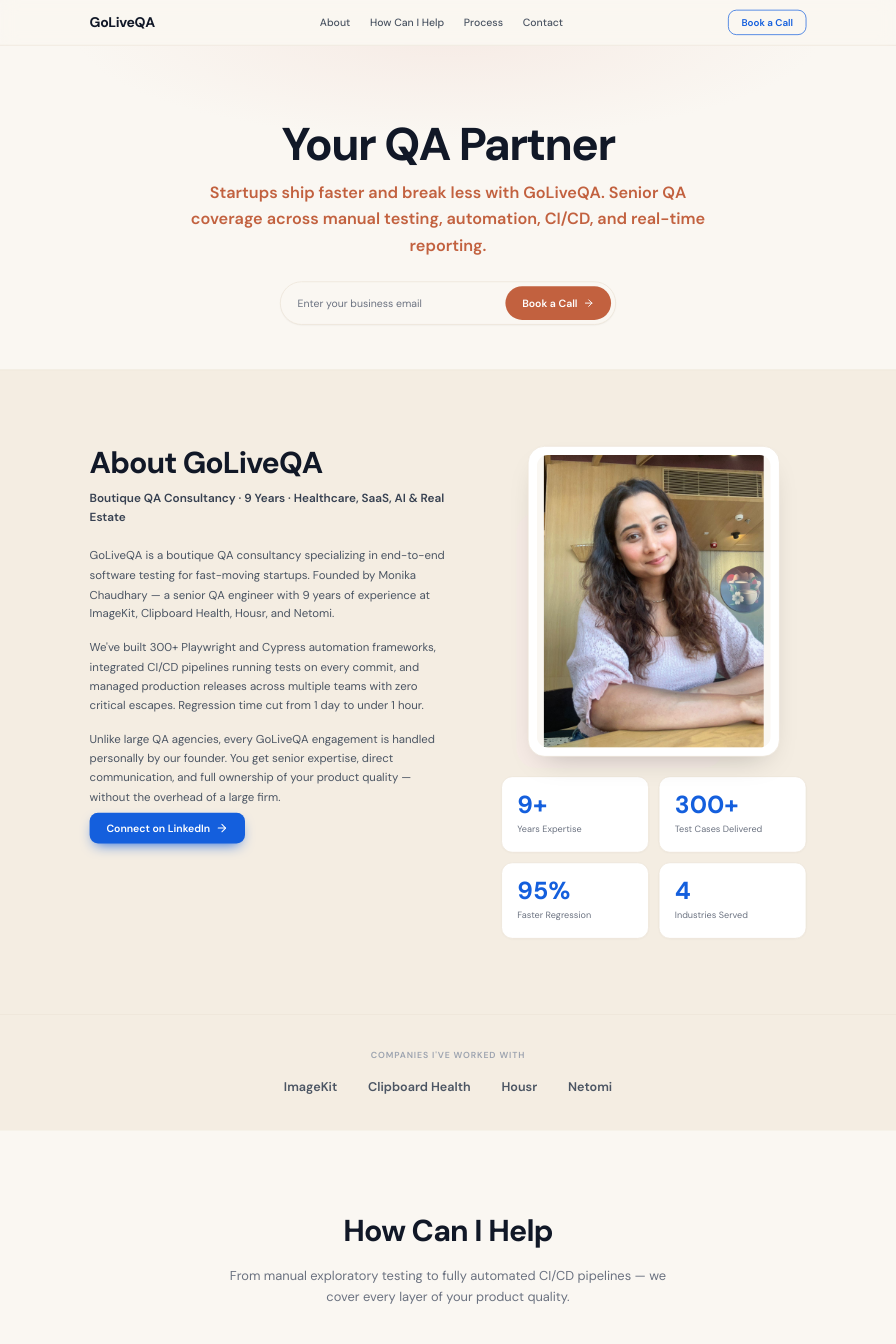
Repository: Monika281992/GoLiveQA
Page: /
The author's editor kept a copy of each file at every save. The page is drawn from the files as they stood at one save, then again after the next save.
The browser window is 1280 px wide. The pictures show the part of the page from y = 0 to 1920 px (the page is 5035 px tall), at 70% of full size.
The project was rebuilt for these pictures with package versions that can differ from the ones it lists, and the page was loaded fresh each time. The framework's server and built-in components were replaced by stand-ins that run in the browser. Also part of the build but not shown: next.config.mjs.

Above is the page before, as saved 2026-06-27 11:43:25.

### app/layout.tsx
import type { Metadata } from "next";
import { DM_Sans, Kaushan_Script } from "next/font/google";
import "./globals.css";

const dmSans = DM_Sans({
  subsets: ["latin"],
  weight: ["300", "400", "500", "600", "700"],
  variable: "--font-sans",
  display: "swap",
});

const kaushan = Kaushan_Script({
  subsets: ["latin"],
  weight: "400",
  variable: "--font-script",
  display: "swap",
});

export const metadata: Metadata = {
  title: "GoLiveQA",
  description:
    "Senior QA engineer with 9 years of hands-on experience testing Healthcare, SaaS, AI & Real Estate products at startups across India and US. Playwright, Cypress, Postman. Available remotely.",
};

export default function RootLayout({
  children,
}: {
  children: React.ReactNode;
}) {
  return (
    <html lang="en" className={`${dmSans.variable} ${kaushan.variable}`}>
      <body className="font-sans leading-relaxed">{children}</body>
    </html>
  );
}

### app/page.tsx
import { Navbar } from "@/components/navbar";
import { Hero } from "@/components/hero";
import { About } from "@/components/about";
import { Companies } from "@/components/companies";
import { Services } from "@/components/services";
import { Process } from "@/components/process";
import { Pricing } from "@/components/pricing";
import { Contact } from "@/components/contact";
import { Footer } from "@/components/footer";

export default function Home() {
  return (
    <div className="min-h-screen bg-surface">
      <Navbar />
      <main>
        <Hero />
        <About />
        <Companies />
        <Services />
        <Process />
        <Pricing />
        <Contact />
      </main>
      <Footer />
    </div>
  );
}

### app/globals.css
@tailwind base;
@tailwind components;
@tailwind utilities;

html {
  scroll-behavior: smooth;
}

body {
  background-color: #faf7f2;
  color: #4b5563;
  -webkit-font-smoothing: antialiased;
}

### components/navbar.tsx
import { Button } from "@/components/ui/button";

const links = [
  { label: "About", href: "#about" },
  { label: "How Can I Help", href: "#services" },
  { label: "Process", href: "#process" },
  { label: "Contact", href: "#contact" },
];

export function Navbar() {
  return (
    <header className="sticky top-0 z-50 border-b border-hairline bg-surface/80 backdrop-blur-md backdrop-saturate-150">
      <nav className="mx-auto flex max-w-container flex-wrap items-center justify-between gap-4 px-5 py-3.5 sm:px-8 lg:px-12">
        <a
          href="#top"
          className="text-xl font-bold tracking-tight text-ink"
        >
          GoLiveQA
        </a>
        <div className="flex flex-wrap items-center gap-7">
          {links.map((l) => (
            <a
              key={l.href}
              href={l.href}
              className="text-[15px] font-medium text-body transition-colors hover:text-ink"
            >
              {l.label}
            </a>
          ))}
        </div>
        <Button asChild variant="outline" size="sm">
          <a href="/book-a-call">Book a Call</a>
        </Button>
      </nav>
    </header>
  );
}

### components/hero.tsx
"use client";

import { useState } from "react";
import { useRouter } from "next/navigation";
import { ArrowRight } from "lucide-react";

export function Hero() {
  const router = useRouter();
  const [email, setEmail] = useState("");
  const [error, setError] = useState("");
  const [status, setStatus] = useState("idle");

  async function handleBook() {
    const trimmed = email.trim();
    if (!trimmed) {
      setError("Please enter your email address.");
      return;
    }
    const valid = /^[^\s@]+@[^\s@]+\.[^\s@]+$/.test(trimmed);
    if (!valid) {
      setError("Please enter a valid email address.");
      return;
    }
    setError("");
    setStatus("loading");
    try {
      await fetch("/api/book", {
        method: "POST",
        headers: { "Content-Type": "application/json" },
        body: JSON.stringify({ email: trimmed }),
      });
    } catch {
      // proceed to form regardless
    }
    router.push(`/book-a-call?email=${encodeURIComponent(trimmed)}`);
  }

  return (
    <section id="top" className="relative overflow-hidden">
      <div className="pointer-events-none absolute inset-0 bg-[radial-gradient(58%_46%_at_50%_-4%,#f6ebe5,transparent_72%)]" />
      <div className="relative mx-auto max-w-[840px] px-5 pb-12 pt-16 text-center sm:px-8 md:pb-16 md:pt-24 lg:px-12 lg:pt-[108px]">
        <h1 className="text-[clamp(2.5rem,7vw,4.1rem)] font-bold leading-[1.03] tracking-[-0.035em] text-ink">
          Your QA Partner
        </h1>
        <p className="mt-4 text-[clamp(1.1rem,2.5vw,1.45rem)] font-semibold text-accent">
          Startups ship faster and break less with GoLiveQA. Senior QA coverage across manual testing, automation, CI/CD, and real-time reporting.
        </p>
        <div className="mt-8 mx-auto max-w-[480px]">
          <div className={`flex items-center overflow-hidden rounded-full border bg-surface shadow-sm transition-colors ${error ? "border-red-400" : "border-hairline"}`}>
            <input
              type="email"
              value={email}
              onChange={(e) => { setEmail(e.target.value); if (error) setError(""); }}
              placeholder="Enter your business email"
              className="flex-1 bg-transparent px-6 py-3.5 text-[15px] text-body outline-none placeholder:text-muted"
            />
            <button
              type="button"
              onClick={handleBook}
              disabled={status === "loading"}
              className="m-1.5 flex items-center gap-2 rounded-full bg-accent px-6 py-3 text-[15px] font-semibold text-white disabled:opacity-70"
            >
              {status === "loading" ? "Loading…" : "Book a Call"}
              {status !== "loading" && <ArrowRight className="h-[16px] w-[16px]" />}
            </button>
          </div>
          {error && (
            <p className="mt-2 text-[13px] text-red-500">{error}</p>
          )}
        </div>
      </div>
    </section>
  );
}

### components/companies.tsx
const companies = ["ImageKit", "Clipboard Health", "Housr", "Netomi"];

export function Companies() {
  return (
    <section className="border-t border-hairline bg-surface-soft py-8 md:py-12">
      <div className="mx-auto max-w-container px-5 text-center sm:px-8 lg:px-12">
        <p className="mb-5 text-[12.5px] font-semibold uppercase tracking-[0.1em] text-faint">
          Companies I&apos;ve worked with
        </p>
        <div className="flex flex-wrap items-center justify-center gap-x-11 gap-y-4">
          {companies.map((c) => (
            <span key={c} className="text-lg font-semibold text-body">
              {c}
            </span>
          ))}
        </div>
      </div>
    </section>
  );
}

### components/services.tsx
import {
  Search,
  Webhook,
  Workflow,
  MonitorSmartphone,
  GitMerge,
  MessageSquareText,
  ArrowRight,
  type LucideIcon,
} from "lucide-react";
import { Button } from "@/components/ui/button";
import { Card } from "@/components/ui/card";

const services: { icon: LucideIcon; title: string; desc: string }[] = [
  {
    icon: Search,
    title: "Manual Testing",
    desc: "Functional, regression and exploratory testing before every release. Bugs caught, not shipped.",
  },
  {
    icon: Webhook,
    title: "API Testing via Postman",
    desc: "REST and SOAP endpoint validation via Postman. Every API tested before your frontend hits it.",
  },
  {
    icon: Workflow,
    title: "Test Automation (Playwright & Cypress)",
    desc: "Playwright and Cypress frameworks built from scratch. Regression done in minutes, not days.",
  },
  {
    icon: MonitorSmartphone,
    title: "Cross-Platform Testing",
    desc: "Web and mobile tested across iOS, Android and all browsers. Works on every screen, every time.",
  },
  {
    icon: GitMerge,
    title: "CI/CD Integration",
    desc: "Tests run automatically on every commit. Bugs blocked before they reach production.",
  },
  {
    icon: MessageSquareText,
    title: "Custom Slack Test Reports",
    desc: "Test results in your Slack the moment runs complete. No logins, no extra tools needed.",
  },
];

export function Services() {
  return (
    <section id="services" className="py-16 md:py-24 lg:py-[108px]">
      <div className="mx-auto max-w-container px-5 sm:px-8 lg:px-12">
        <div className="mx-auto mb-9 max-w-[660px] text-center md:mb-[52px]">
          <h2 className="text-[clamp(2rem,4.4vw,2.7rem)] font-bold tracking-[-0.025em] text-ink">
            How Can I Help
          </h2>
          <p className="mt-4 text-[clamp(1rem,1.7vw,1.15rem)] leading-relaxed text-muted">
            From manual exploratory testing to fully automated CI/CD pipelines — we
            cover every layer of your product quality.
          </p>
        </div>
        <div className="grid grid-cols-1 gap-5 sm:grid-cols-2 lg:grid-cols-3">
          {services.map((s) => {
            const Icon = s.icon;
            return (
              <Card
                key={s.title}
                className="group rounded-[18px] p-7 transition-all hover:-translate-y-1 hover:shadow-lift"
              >
                <div className="mb-[18px] flex h-[46px] w-[46px] items-center justify-center rounded-[13px] bg-accent-soft text-accent">
                  <Icon className="h-[22px] w-[22px]" />
                </div>
                <h3 className="mb-2 text-[1.15rem] font-bold text-ink">{s.title}</h3>
                <p className="text-[0.95rem] leading-relaxed text-muted">{s.desc}</p>
              </Card>
            );
          })}
        </div>
        <div className="mt-9 text-center md:mt-12">
          <Button asChild size="lg">
            <a href="#contact">
              Let&apos;s Work Together
              <ArrowRight className="h-[18px] w-[18px]" />
            </a>
          </Button>
        </div>
      </div>
    </section>
  );
}

### components/process.tsx
import { Card } from "@/components/ui/card";

const steps = [
  {
    n: "01",
    title: "Discovery Call",
    desc: "A quick call to understand your product and how your team works.",
  },
  {
    n: "02",
    title: "We Build Your QA Strategy",
    desc: "Test strategy, test cases, and the right mix of manual and automated testing for your product.",
  },
  {
    n: "03",
    title: "We Test Every Feature Before It Ships",
    desc: "Manual and automated tests every sprint. Clear go/no-go before anything ships.",
  },
  {
    n: "04",
    title: "Full Visibility, Always",
    desc: "Results land in your Slack automatically. No chasing updates before every release.",
  },
];

export function Process() {
  return (
    <section
      id="process"
      className="border-t border-hairline bg-surface-soft py-16 md:py-24 lg:py-[108px]"
    >
      <div className="mx-auto max-w-container px-5 sm:px-8 lg:px-12">
        <div className="mx-auto max-w-[660px] text-center">
          <h2 className="text-[clamp(2rem,4.4vw,2.7rem)] font-bold tracking-[-0.025em] text-ink">
            How We Work
          </h2>
          <p className="mt-4 text-[clamp(1rem,1.7vw,1.15rem)] leading-relaxed text-muted">
            Simple, transparent, and built around your team — here&apos;s exactly what
            happens when you hire me.
          </p>
        </div>
        <div className="mt-10 grid grid-cols-1 gap-5 sm:grid-cols-2 lg:grid-cols-4">
          {steps.map((s) => (
            <Card
              key={s.n}
              className="rounded-[18px] p-7 pt-[30px] transition-all hover:-translate-y-1 hover:shadow-lift"
            >
              <div className="mb-5 flex h-[52px] w-[52px] items-center justify-center rounded-[14px] bg-accent text-[19px] font-bold text-white shadow-[0_8px_18px_-8px_#c2613f]">
                {s.n}
              </div>
              <h3 className="mb-2 text-[1.1rem] font-bold text-ink">{s.title}</h3>
              <p className="text-[0.95rem] leading-relaxed text-muted">{s.desc}</p>
            </Card>
          ))}
        </div>
      </div>
    </section>
  );
}

### components/pricing.tsx
import { Calendar, Check } from "lucide-react";
import { Button } from "@/components/ui/button";

const guarantees = [
  "No surprise charges",
  "No long-term lock-in",
  "Senior engineer, always",
];

export function Pricing() {
  return (
    <section id="pricing" className="py-16 md:py-24 lg:py-[108px]">
      <div className="mx-auto max-w-container px-5 sm:px-8 lg:px-12">
        <div className="relative mx-auto max-w-[740px] overflow-hidden rounded-[26px] border border-hairline bg-white px-6 py-10 text-center shadow-cta sm:px-14 md:py-[68px]">
          <div className="pointer-events-none absolute inset-0 bg-[radial-gradient(70%_60%_at_50%_0%,#f6ebe5,transparent_70%)]" />
          <div className="relative">
            <h2 className="text-[clamp(2rem,4.6vw,2.9rem)] font-bold leading-[1.08] tracking-[-0.025em] text-ink">
              Let&apos;s Talk About Your Product
            </h2>
            <p className="mx-auto mt-[18px] max-w-[560px] text-[clamp(1rem,1.7vw,1.13rem)] leading-relaxed text-muted">
              Every engagement is scoped to your product size, release frequency, and
              testing needs. Book a 30-minute call — I&apos;ll give you a clear, honest
              quote within 24 hours.
            </p>
            <div className="mt-8">
              <Button asChild size="lg">
                <a href="#contact">
                  <Calendar className="h-[19px] w-[19px]" />
                  Book a 30-min Call
                </a>
              </Button>
            </div>
            <div className="mt-7 flex flex-wrap justify-center gap-x-[26px] gap-y-3 text-sm text-body">
              {guarantees.map((g) => (
                <span key={g} className="inline-flex items-center gap-2">
                  <Check className="h-[17px] w-[17px] text-green-600" />
                  {g}
                </span>
              ))}
            </div>
          </div>
        </div>
      </div>
    </section>
  );
}

### components/footer.tsx
const links = [
  { label: "About", href: "#about" },
  { label: "How Can I Help", href: "#services" },
  { label: "Process", href: "#process" },
  { label: "Contact", href: "#contact" },
];

export function Footer() {
  return (
    <footer className="border-t border-hairline bg-white py-8">
      <div className="mx-auto flex max-w-container flex-wrap items-center justify-between gap-x-7 gap-y-4 px-5 sm:px-8 lg:px-12">
        <a href="#top" className="text-lg font-bold tracking-tight text-brand">
          GoLiveQA
        </a>
        <div className="flex flex-wrap gap-6">
          {links.map((l) => (
            <a
              key={l.href}
              href={l.href}
              className="text-sm text-muted transition-colors hover:text-ink"
            >
              {l.label}
            </a>
          ))}
        </div>
        <p className="text-[13.5px] text-faint">
          © 2026 GoLiveQA. All rights reserved. A boutique QA consultancy.
        </p>
      </div>
    </footer>
  );
}

### components/ui/button.tsx
import * as React from "react";
import { Slot } from "@radix-ui/react-slot";
import { cva, type VariantProps } from "class-variance-authority";
import { cn } from "@/lib/utils";

const buttonVariants = cva(
  "inline-flex items-center justify-center gap-2 whitespace-nowrap rounded-xl font-semibold transition-all focus-visible:outline-none focus-visible:ring-2 focus-visible:ring-brand/40 focus-visible:ring-offset-2 disabled:pointer-events-none disabled:opacity-50",
  {
    variants: {
      variant: {
        default:
          "bg-brand text-white shadow-brand hover:bg-brand-dark hover:-translate-y-0.5",
        outline:
          "border-[1.5px] border-brand text-brand hover:bg-brand hover:text-white",
        ghost: "text-brand hover:bg-brand/5",
      },
      size: {
        default: "h-11 px-6 text-[15px]",
        lg: "h-[52px] px-7 text-base",
        sm: "h-9 px-[18px] text-sm",
      },
    },
    defaultVariants: {
      variant: "default",
      size: "default",
    },
  }
);

export interface ButtonProps
  extends React.ButtonHTMLAttributes<HTMLButtonElement>,
    VariantProps<typeof buttonVariants> {
  asChild?: boolean;
}

const Button = React.forwardRef<HTMLButtonElement, ButtonProps>(
  ({ className, variant, size, asChild = false, ...props }, ref) => {
    const Comp = asChild ? Slot : "button";
    return (
      <Comp
        className={cn(buttonVariants({ variant, size, className }))}
        ref={ref}
        {...props}
      />
    );
  }
);
Button.displayName = "Button";

export { Button, buttonVariants };

### components/ui/card.tsx
import * as React from "react";
import { cn } from "@/lib/utils";

const Card = React.forwardRef<
  HTMLDivElement,
  React.HTMLAttributes<HTMLDivElement>
>(({ className, ...props }, ref) => (
  <div
    ref={ref}
    className={cn(
      "rounded-2xl border border-hairline bg-white shadow-card",
      className
    )}
    {...props}
  />
));
Card.displayName = "Card";

const CardHeader = React.forwardRef<
  HTMLDivElement,
  React.HTMLAttributes<HTMLDivElement>
>(({ className, ...props }, ref) => (
  <div ref={ref} className={cn("flex flex-col space-y-1.5 p-7", className)} {...props} />
));
CardHeader.displayName = "CardHeader";

const CardTitle = React.forwardRef<
  HTMLDivElement,
  React.HTMLAttributes<HTMLHeadingElement>
>(({ className, ...props }, ref) => (
  <h3
    ref={ref}
    className={cn("text-lg font-bold leading-snug text-ink", className)}
    {...props}
  />
));
CardTitle.displayName = "CardTitle";

const CardContent = React.forwardRef<
  HTMLDivElement,
  React.HTMLAttributes<HTMLDivElement>
>(({ className, ...props }, ref) => (
  <div ref={ref} className={cn("p-7 pt-0", className)} {...props} />
));
CardContent.displayName = "CardContent";

export { Card, CardHeader, CardTitle, CardContent };

### components/icons.tsx
// Inline brand glyphs not reliably present in current lucide-react builds.
export function LinkedInIcon({ className }: { className?: string }) {
  return (
    <svg viewBox="0 0 24 24" fill="currentColor" className={className} aria-hidden="true">
      <path d="M4.98 3.5C4.98 4.88 3.87 6 2.5 6S0 4.88 0 3.5 1.12 1 2.5 1 4.98 2.12 4.98 3.5zM.25 8h4.5v15H.25V8zm7.5 0h4.31v2.05h.06c.6-1.07 2.07-2.2 4.26-2.2 4.56 0 5.4 2.85 5.4 6.56V23h-4.5v-6.2c0-1.48-.03-3.38-2.06-3.38-2.07 0-2.39 1.6-2.39 3.27V23h-4.5V8z" />
    </svg>
  );
}

### tailwind.config.ts
import type { Config } from "tailwindcss";

const config: Config = {
  content: [
    "./app/**/*.{ts,tsx}",
    "./components/**/*.{ts,tsx}",
  ],
  theme: {
    extend: {
      colors: {
        // Brand action color (blue) — CTAs, links
        brand: { DEFAULT: "#145fdd", dark: "#0d46b8" },
        // Warm personal accent (terracotta) — eyebrows, badges, signature
        accent: { DEFAULT: "#c2613f", soft: "#f6ebe5" },
        // Warm surfaces
        surface: { DEFAULT: "#faf7f2", soft: "#f4ede2" },
        hairline: "#ece4d7",
        // Text
        ink: "#111827",
        body: "#4b5563",
        muted: "#6b7280",
        faint: "#9ca3af",
      },
      fontFamily: {
        sans: ["var(--font-sans)", "system-ui", "sans-serif"],
        script: ["var(--font-script)", "cursive"],
      },
      maxWidth: {
        container: "1120px",
      },
      boxShadow: {
        card: "0 1px 3px rgba(0,0,0,0.03)",
        lift: "0 20px 40px -18px rgba(0,0,0,0.16)",
        brand: "0 8px 20px -8px rgba(20,95,221,0.5)",
        photo: "0 18px 44px -22px rgba(0,0,0,0.28)",
        cta: "0 28px 70px -34px rgba(0,0,0,0.22)",
      },
    },
  },
  plugins: [],
};

export default config;

Loaded but not shown: lib/utils.ts (common file); components/contact.tsx (242 lines, source omitted); components/about.tsx (78 lines, source omitted)

After the next save:
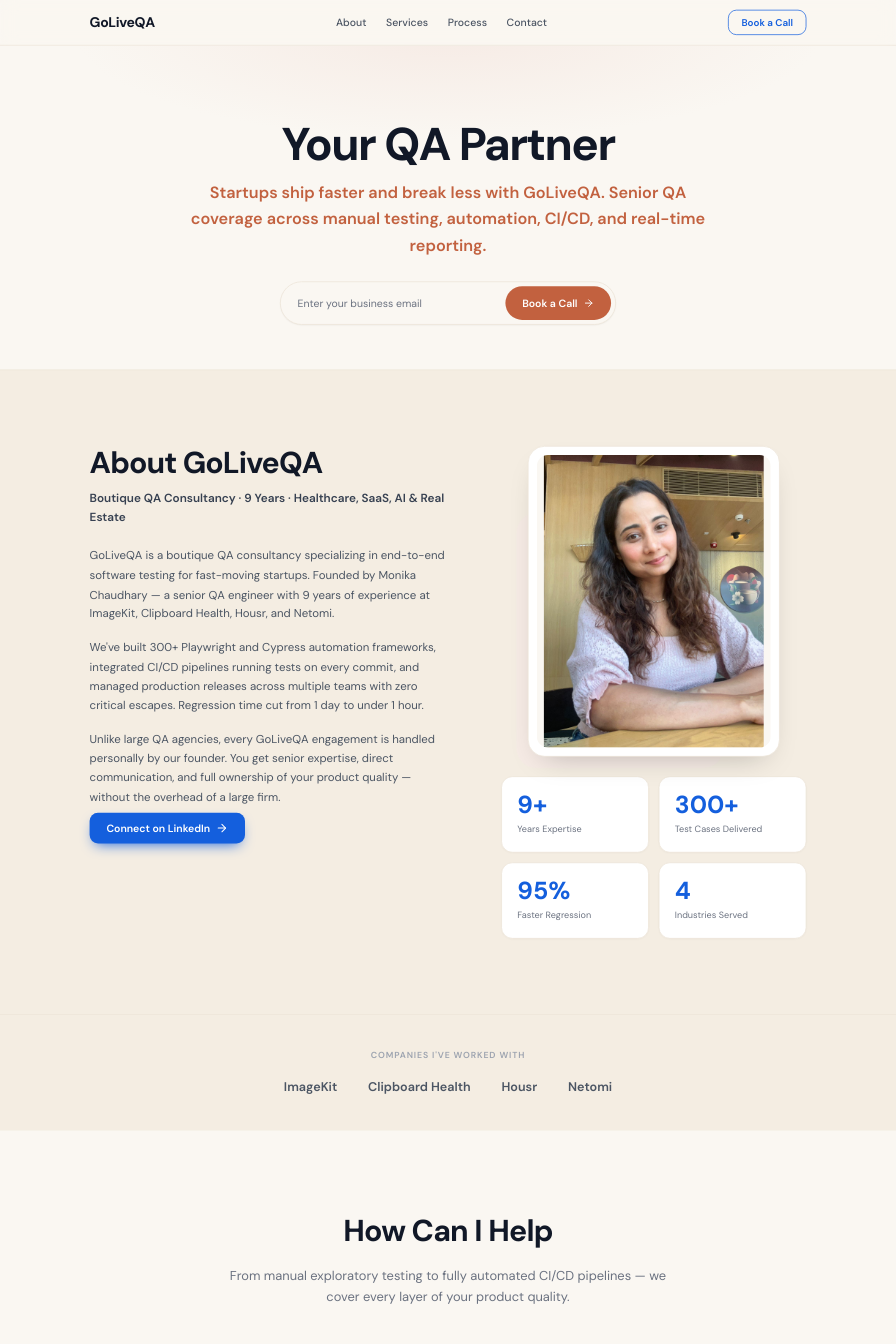
Saved 47 s later.
--- a/components/navbar.tsx
+++ b/components/navbar.tsx
@@ -2,7 +2,7 @@
 
 const links = [
   { label: "About", href: "#about" },
-  { label: "How Can I Help", href: "#services" },
+  { label: "Services", href: "#services" },
   { label: "Process", href: "#process" },
   { label: "Contact", href: "#contact" },
 ];
